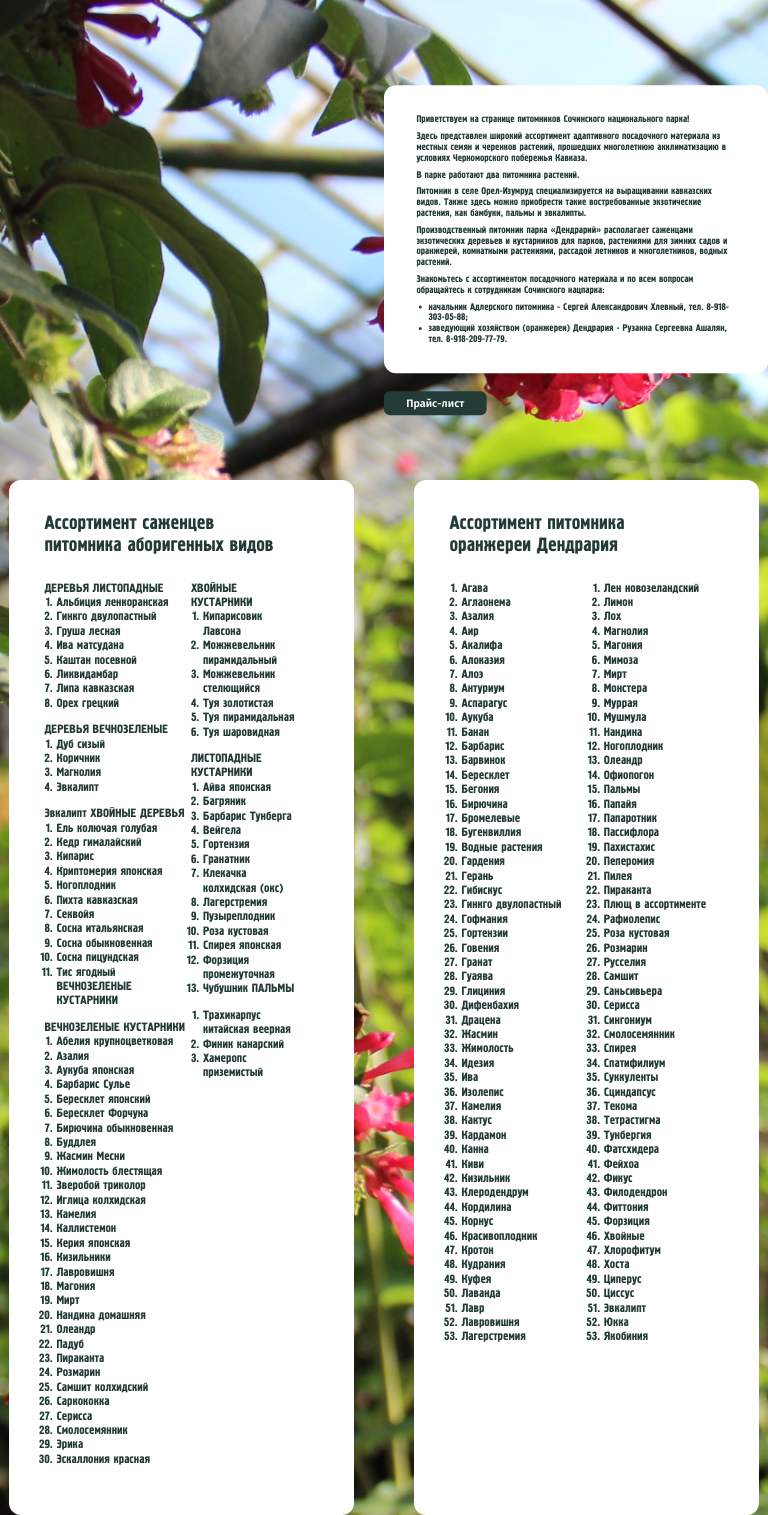
Repository: sem1103/np-sochi
Page: index.html
These files come from the project's save history. The page is drawn as it stood at one moment and after the next save; the edit follows.
The browser window is 1280 px wide. The pictures show the whole page, at 60% of full size.

Above is the page before, as saved 2024-01-17 22:16:04.

### index.html
<!DOCTYPE html>
<html lang="en">

<head>
    <meta charset="UTF-8">
    <meta name="viewport" content="width=device-width, initial-scale=1.0">
    <title>Сочинский Национальный Парк</title>

    <link rel="stylesheet" href="styles/reset.css">
    <link rel="stylesheet" href="styles/main.css">
</head>

<body>
    <div id="page">
        <header></header>

        <main>
            <div class="top__text container">
                <div class="text__content">
                    <p>
                        Приветствуем на странице питомников Сочинского национального парка!
                    </p>
                    <p>
                        Здесь представлен широкий ассортимент адаптивного посадочного материала из местных семян и
                        черенков растений, прошедших многолетнюю акклиматизацию в условиях Черноморского побережья
                        Кавказа.
                    </p>
                    <p>
                        В парке работают два питомника растений.
                    </p>
                    <p>
                        Питомник в селе Орел-Изумруд специализируется на выращивании кавказских видов. Также здесь можно
                        приобрести такие востребованные экзотические растения, как бамбуки, пальмы и эвкалипты.
                    </p>
                    <p>
                        Производственный питомник парка «Дендрарий» располагает саженцами экзотических деревьев и
                        кустарников для парков, растениями для зимних садов и оранжерей, комнатными растениями, рассадой
                        летников и многолетников, водных растений.
                    </p>
                    <p>
                        Знакомьтесь с ассортиментом посадочного материала и по всем вопросам обращайтесь к сотрудникам
                        Сочинского нацпарка:
                    </p>
                    <ul>
                        <li>начальник Адлерского питомника - Сергей Александрович Хлевный, тел. <a
                                href="tel:+79183030588">8-918-303-05-88</a>;</li>
                        <li>заведующий хозяйством (оранжереи) Дендрария - Рузанна Сергеевна Ашалян, тел.
                            8-918-209-77-79.</li>
                    </ul>
                </div>
                <div class="price__list">
                    <button>Прайс-лист</button>

                </div>
            </div>

            <div class="items__block container">
                <div class="item">
                    <h3>
                        Ассортимент саженцев <br>
                        питомника аборигенных видов
                    </h3>
                    <div>
                        <div class="left__items">
                            <h5>
                                ДЕРЕВЬЯ ЛИСТОПАДНЫЕ
                            </h5>
                            <ol>
                                <li>Альбиция ленкоранская</li>
                                <li>Гинкго двулопастный</li>
                                <li>Груша лесная</li>
                                <li>Ива матсудана</li>
                                <li>Каштан посевной</li>
                                <li>Ликвидамбар</li>
                                <li>Липа кавказская</li>
                                <li>Орех грецкий</li>
                            </ol>

                            <h5>
                                ДЕРЕВЬЯ ВЕЧНОЗЕЛЕНЫЕ
                            </h5>
                            <ol>
                                <li>Дуб сизый</li>
                                <li>Коричник</li>
                                <li>Магнолия</li>
                                <li>Эвкалипт</li>
                            </ol>

                            <h5>Эвкалипт ХВОЙНЫЕ ДЕРЕВЬЯ</h5>
                            <ol>
                                <li>Ель колючая голубая</li>
                                <li>Кедр гималайский</li>
                                <li>Кипарис </li>
                                <li>Криптомерия японская</li>
                                <li>Ногоплодник </li>
                                <li>Пихта кавказская</li>
                                <li>Секвойя </li>
                                <li>Сосна итальянская</li>
                                <li>Сосна обыкновенная</li>
                                <li>Сосна пицундская</li>
                                <li>Тис ягодный ВЕЧНОЗЕЛЕНЫЕ КУСТАРНИКИ</li>
                            </ol>

                            <h5>ВЕЧНОЗЕЛЕНЫЕ КУСТАРНИКИ</h5>
                            <ol>
                                <li>Абелия крупноцветковая</li>
                                <li>Азалия</li>
                                <li>Аукуба японская</li>
                                <li>Барбарис Сулье</li>
                                <li>Бересклет японский</li>
                                <li>Бересклет Форчуна</li>
                                <li>Бирючина обыкновенная</li>
                                <li>Буддлея</li>
                                <li>Жасмин Месни</li>
                                <li>Жимолость блестящая</li>
                                <li>Зверобой триколор</li>
                                <li>Иглица колхидская</li>
                                <li>Камелия</li>
                                <li>Каллистемон</li>
                                <li>Керия японская</li>
                                <li>Кизильники</li>
                                <li>Лавровишня</li>
                                <li>Магония</li>
                                <li>Мирт</li>
                                <li>Нандина домашняя</li>
                                <li>Олеандр</li>
                                <li>Падуб</li>
                                <li>Пираканта</li>
                                <li>Розмарин</li>
                                <li>Самшит колхидский</li>
                                <li>Саркококка</li>
                                <li>Серисса</li>
                                <li>Смолосемянник</li>
                                <li>Эрика</li>
                                <li>Эскаллония красная</li>
                            </ol>
                        </div>

                        <div class="right__items">
                            <h5>ХВОЙНЫЕ КУСТАРНИКИ</h5>
                            <ol>
                                <li>Кипарисовик Лавсона</li>
                                <li>Можжевельник пирамидальный</li>
                                <li>Можжевельник стелющийся</li>
                                <li>Туя золотистая</li>
                                <li>Туя пирамидальная</li>
                                <li>Туя шаровидная</li>
                            </ol>

                            <h5>ЛИСТОПАДНЫЕ КУСТАРНИКИ</h5>
                            <ol>
                                <li>Айва японская</li>
                                <li>Багряник</li>
                                <li>Барбарис Тунберга</li>
                                <li>Вейгела</li>
                                <li>Гортензия</li>
                                <li>Гранатник</li>
                                <li>Клекачка колхидская (окс)</li>
                                <li>Лагерстремия</li>
                                <li>Пузыреплодник</li>
                                <li>Роза кустовая</li>
                                <li>Спирея японская</li>
                                <li>Форзиция промежуточная</li>
                                <li>Чубушник ПАЛЬМЫ</li>
                            </ol>
                            <ol>
                                <li>Трахикарпус китайская веерная</li>
                                <li>Финик канарский</li>
                                <li>Хамеропс приземистый</li>
                            </ol>
                        </div>
                    </div>
                </div>

                <div class="item">
                    <h3>Ассортимент питомника  <br>
                        оранжереи Дендрария</h3>
                    <div>
                        <div class="left__items">
                            <ol>
                                <li>Агава</li>
                                <li>Аглаонема</li>
                                <li>Азалия</li>
                                <li>Аир</li>
                                <li>Акалифа</li>
                                <li>Алоказия</li>
                                <li>Алоэ</li>
                                <li>Антуриум</li>
                                <li>Аспарагус</li>
                                <li>Аукуба</li>
                                <li>Банан</li>
                                <li>Барбарис</li>
                                <li>Барвинок</li>
                                <li>Бересклет</li>
                                <li>Бегония</li>
                                <li>Бирючина</li>
                                <li>Бромелевые</li>
                                <li>Бугенвиллия</li>
                                <li>Водные растения</li>
                                <li>Гардения</li>
                                <li>Герань</li>
                                <li>Гибискус</li>
                                <li>Гинкго двулопастный</li>
                                <li>Гофмания</li>
                                <li>Гортензии</li>
                                <li>Говения</li>
                                <li>Гранат</li>
                                <li>Гуаява</li>
                                <li>Глициния</li>
                                <li>Дифенбахия</li>
                                <li>Драцена</li>
                                <li>Жасмин</li>
                                <li>Жимолость</li>
                                <li>Идезия</li>
                                <li>Ива</li>
                                <li>Изолепис</li>
                                <li>Камелия</li>
                                <li>Кактус</li>
                                <li>Кардамон</li>
                                <li>Канна</li>
                                <li>Киви</li>
                                <li>Кизильник</li>
                                <li>Клеродендрум</li>
                                <li>Кордилина</li>
                                <li>Корнус</li>
                                <li>Красивоплодник</li>
                                <li>Кротон</li>
                                <li>Кудрания</li>
                                <li>Куфея</li>
                                <li>Лаванда</li>
                                <li>Лавр</li>
                                <li>Лавровишня</li>
                                <li>Лагерстремия</li>
                            </ol>
                        </div>

                        <div class="right__items">
                            <ol>
                                <li>Лен новозеландский</li>
                                <li>Лимон</li>
                                <li>Лох</li>
                                <li>Магнолия</li>
                                <li>Магония</li>
                                <li>Мимоза</li>
                                <li>Мирт</li>
                                <li>Монстера</li>
                                <li>Муррая</li>
                                <li>Мушмула</li>
                                <li>Нандина</li>
                                <li>Ногоплодник</li>
                                <li>Олеандр</li>
                                <li>Офиопогон</li>
                                <li>Пальмы</li>
                                <li>Папайя</li>
                                <li>Папаротник</li>
                                <li>Пассифлора</li>
                                <li>Пахистахис</li>
                                <li>Пеперомия</li>
                                <li>Пилея</li>
                                <li>Пираканта</li>
                                <li>Плющ в ассортименте</li>
                                <li>Рафиолепис</li>
                                <li>Роза кустовая</li>
                                <li>Розмарин</li>
                                <li>Русселия</li>
                                <li>Самшит</li>
                                <li>Саньсивьера</li>
                                <li>Серисса</li>
                                <li>Сингониум</li>
                                <li>Смолосемянник</li>
                                <li>Спирея</li>
                                <li>Спатифилиум</li>
                                <li>Суккуленты</li>
                                <li>Сциндапсус</li>
                                <li>Текома</li>
                                <li>Тетрастигма</li>
                                <li>Тунбергия</li>
                                <li>Фатсхидера</li>
                                <li>Фейхоа</li>
                                <li>Фикус</li>
                                <li>Филодендрон</li>
                                <li>Фиттония</li>
                                <li>Форзиция</li>
                                <li>Хвойные</li>
                                <li>Хлорофитум</li>
                                <li>Хоста</li>
                                <li>Циперус</li>
                                <li>Циссус</li>
                                <li>Эвкалипт</li>
                                <li>Юкка</li>
                                <li>Якобиния</li>
                            </ol>
                        </div>
                    </div>

                </div>
            </div>
        </main>

        <footer></footer>
    </div>
</body>

</html>

### styles/reset.css

:root{
    --gray: #233B37;
}
html{
    scroll-behavior: smooth;
}
html,
body,
div,
span,
applet,
object,
iframe,
h1,
h2,
h3,
h4,
h5,
h6,
p,
blockquote,
pre,
a,
abbr,
acronym,
address,
big,
cite,
code,
del,
dfn,
em,
img,
ins,
kbd,
q,
s,
samp,
small,
strike,
strong,
sub,
sup,
tt,
var,
b,
u,
i,
center,
dl,
dt,
dd,
ol,
ul,
li,
fieldset,
form,
label,
legend,
table,
caption,
tbody,
tfoot,
thead,
tr,
th,
td,
article,
aside,
canvas,
details,
embed,
figure,
figcaption,
footer,
header,
hgroup,
menu,
nav,
output,
ruby,
section,
summary,
time,
mark,
audio,
video {
    margin: 0;
    padding: 0;
    border: 0;
    font-size: 100%;
    font: inherit;
    vertical-align: baseline
}

article,
aside,
details,
figcaption,
figure,
footer,
header,
hgroup,
menu,
nav,
section {
    display: block
}

body {
    line-height: 1;
    font-family: Hermes;
}

ol,
ul {
    list-style: none
}

blockquote,
q {
    quotes: none
}

blockquote:before,
blockquote:after,
q:before,
q:after {
    content: '';
    content: none
}

table {
    border-collapse: collapse;
    border-spacing: 0
}

a {
    text-decoration: none;
    color: var(--gray);
    transition: all .3s ease-in-out
}

a:hover {
    color: #365edc;
}

* {
    box-sizing: border-box
}




.active__menu{
    opacity: .7;
    color: var(--gray);
}
#page{
    min-height: 100vh;
}

.container{
    max-width: 1652px;
    margin: auto;
    padding: 0 15px;
}
main img{
    width: 100%;
    height: auto;
}

### styles/main.css
@import url('https://fonts.googleapis.com/css2?family=Fira+Sans:wght@600&display=swap');
@font-face {
    font-family: 'Hermes';
    src: url('font/hermes.ttf'),
    url(font/hermes.woff),
    url(font/hermes.woff2) ;

}


main{
    background: url(../img/main-bg.png) center/cover;
}
p, li{
    font: 16px 'Hermes';
    color: var(--gray);
}
p{
    margin: 0 0 10px 0;
}
.top__text{
    padding: 142px 0 108px 0;
}
.text__content{
    padding: 48px 54px;
    background-color: #fff;
    width: 50%;
    margin: 0 0 30px auto;
    border-radius: 20px;
}
li{
    list-style: disc;
    margin: 0 0 0 20px;
}
.price__list{
    width: 50%;
    margin: 0 0 0 auto;
}
.price__list button{
    padding: 9px 37px;
    font: 600 18px 'Fira Sans';
    margin: 0;
    background: var(--gray);
    color: #fff;
    border: 0;
    border-radius: 10px;
}

h3{
    color: var(--gray);
    font: 32px 'Hermes';
    margin: 0 0 40px 0;
}
h5{
    color: var(--gray);
    font: 20px Hermes;
}
.items__block{
    display: flex;
    flex-direction: row;
    justify-content: space-between;
}
.item{
    flex-basis: calc(50% - 50px);
    background: #fff;
    padding: 52px 88px 61px 59px;
    border-radius: 20px;

}
.item > div{
    display: flex;
    justify-content: space-between;
}
ol{
    margin: 0 0 20px 0;
}
ol li{
    list-style: decimal;
    font: 20px Hermes;
    color: var(--gray);
}

After the next save:
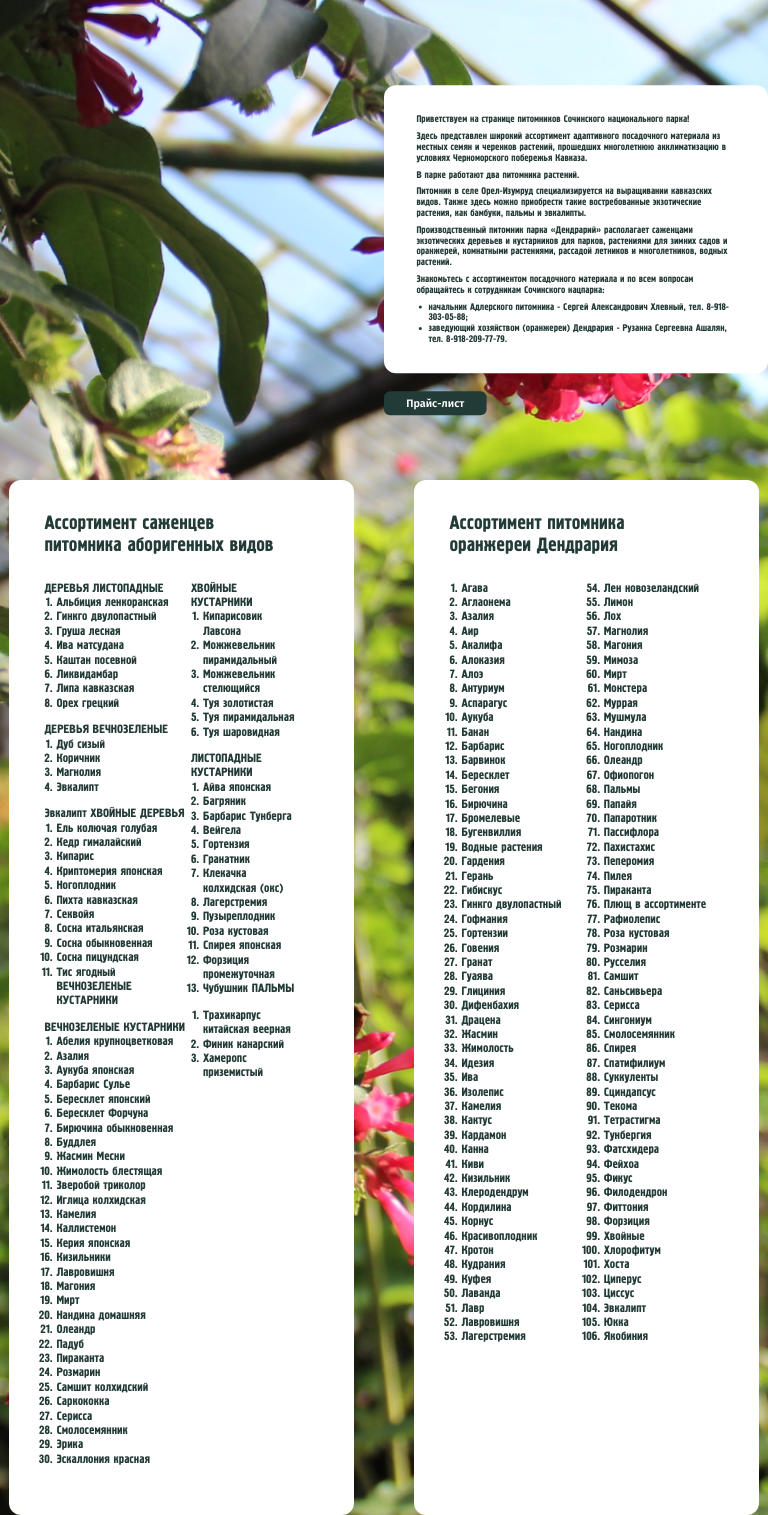
Saved 50 s later.
--- a/index.html
+++ b/index.html
@@ -235,7 +235,7 @@
                         </div>
 
                         <div class="right__items">
-                            <ol>
+                            <ol start="54">
                                 <li>Лен новозеландский</li>
                                 <li>Лимон</li>
                                 <li>Лох</li>
